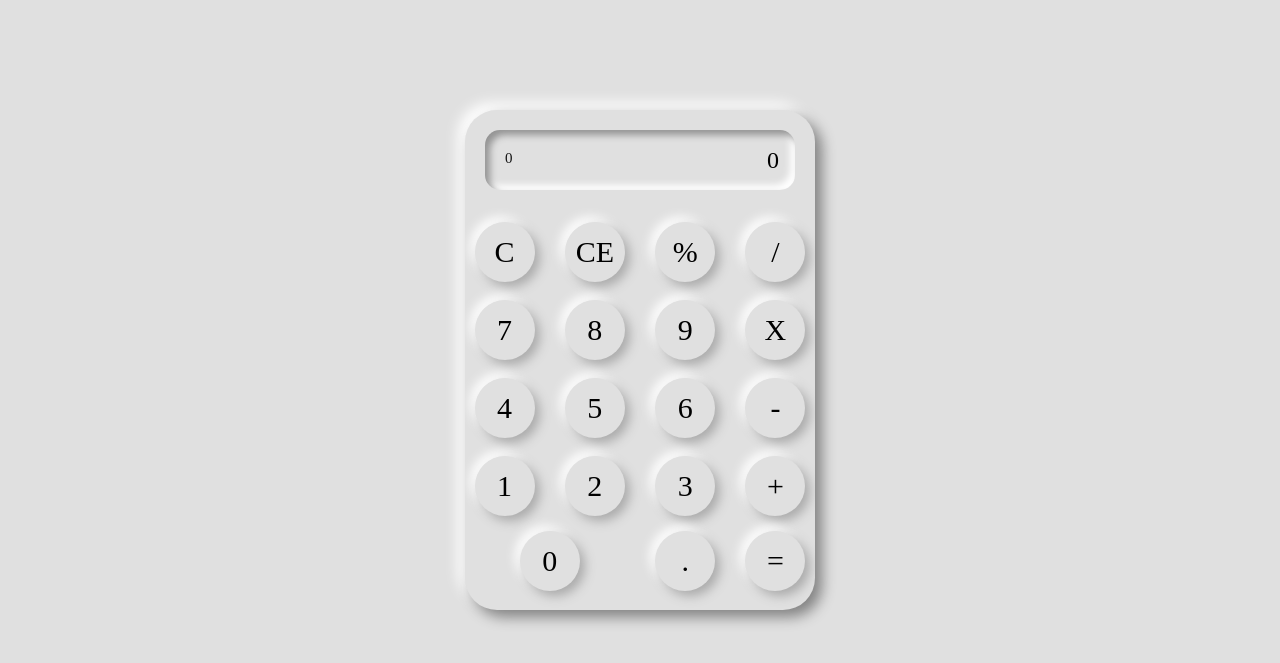
Repository: Goldmyn/Calculator
Page: index.html
These files come from the project's save history. The page is drawn as it stood at one moment and after a run of saves; the edit follows.
The browser window is 1280 px wide. The pictures show the whole page.

Above is the page before, as saved 2022-09-28 02:30:27.

After the next 2 saves:
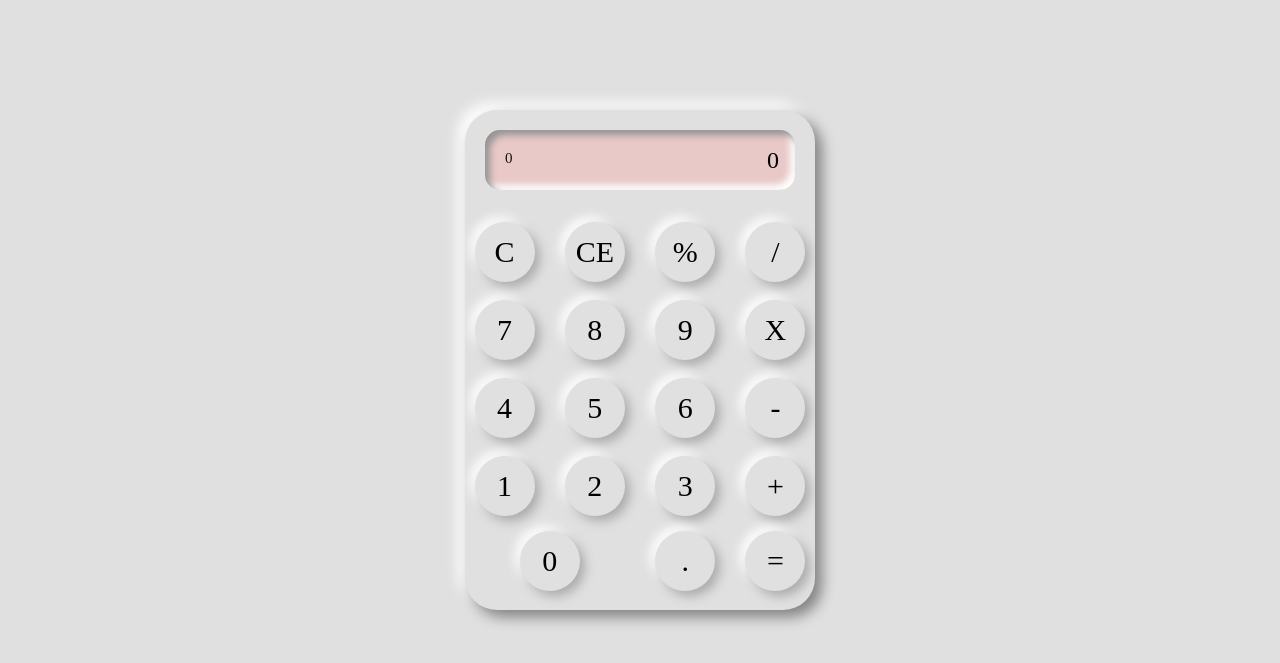
The 2 saves are shown as one change because they came seconds apart.
The last was saved 17 s later.
--- a/index.css
+++ b/index.css
@@ -55,7 +55,7 @@ section {
     align-items: center;
     justify-content: flex-end;
     border-radius: 15px;
-    background: #e0e0e0;
+    background: #e9c8c8;
     font-size: 24px;
     box-shadow: inset 5px 5px 7px #949494 , inset -5px -5px 7px #ffffff;
 }
